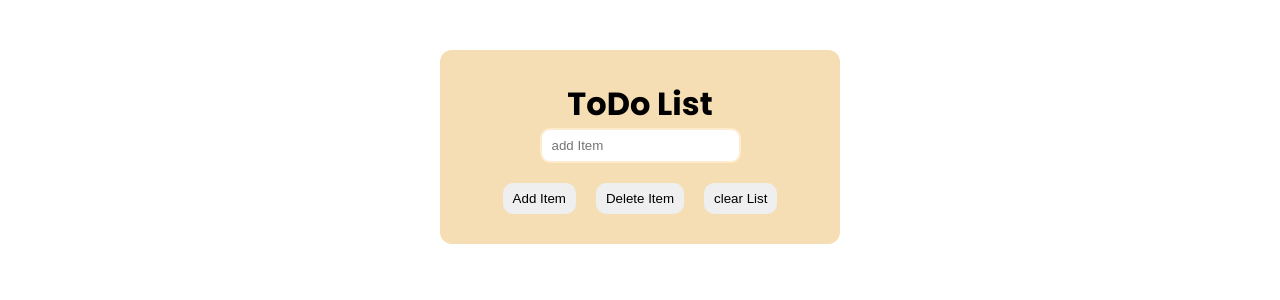
Repository: Mankelvo/Todo-List-App
Page: toDoList.html
These files come from the project's save history. The page is drawn as it stood at one moment and after the next save; the edit follows.
The browser window is 1280 px wide. The pictures show the whole page.

Above is the page before, as saved 2026-02-04 21:18:05.

### toDoList.html
<!DOCTYPE html>
<html lang="en">
<head>
    <meta charset="UTF-8">
    <meta name="viewport" content="width=device-width, initial-scale=1.0">
    <title>My ToDo List</title>
    <link rel="stylesheet" href="styles.css">
</head>
<body>
    <div class="container">
        <h1>ToDo List</h1>
        <ul class="listItems"></ul>
        <input id="inputBox" type="text" placeholder="add Item">
<section id="btn-container">
        <button id="addBtn" class="btn">Add Item</button>
        <button id="deleteBtn" class="btn">Delete Item</button>
        <button id="clearBtn" class="btn">clear List</button>

        </section>

    </div>
<script src="script.js"></script>
</body>
</html>

### styles.css
@import url('https://fonts.googleapis.com/css2?family=DM+Sans:ital,opsz,wght@0,9..40,100..1000;1,9..40,100..1000&family=Inter:ital,opsz,wght@0,14..32,100..900;1,14..32,100..900&family=Poppins:ital,wght@0,100;0,200;0,300;0,400;0,500;0,600;0,700;0,800;0,900;1,100;1,200;1,300;1,400;1,500;1,600;1,700;1,800;1,900&family=Roboto:ital,wght@0,100..900;1,100..900&display=swap');

*{
    margin:0;
    padding:0;
    box-sizing: border-box;
}

body{
    font-family: "Poppins", sans-serif;
    display: flex;
    flex-direction: column;
    align-items: center;
margin: 50px auto;
}
.container{
    display: flex;
    flex-direction: column;
    justify-items: center;
    align-items: center;
    width: 400px;
    max-width:1000px;
    background-color: wheat;
    padding:30px 40px;
margin: 0 auto;
border-radius: 12px;
}

#btn-container{
display: flex;
justify-content: space-between;
gap:20px;
margin:20px 0 auto;
}

.container h1{
    margin:0 auto;
}

.btn{
    padding: 8px 10px;
    text-align: center;
    font-weight: 400;
    border:2px burlywood;
    border-radius: 10px;

}

.listItems{
    display: flex;
    flex-direction: column;
    justify-content: flex-start;
    gap:20px;
}

.container input{
    padding:8px 10px;
    border-radius: 10px;
    border:2px solid blanchedalmond;
    text-align: left;
}

### script.js

//function to add item in the list
const inputBox = document.getElementById("inputBox");
 const addBtn = document.getElementById("addBtn");
 const listItems = document.querySelector(".listItems");

 function AddItem(){
    const inputValue= inputBox.value ;
    /*if(item===""){
        inputBox.classList = "input";
        inputBox.style.borderColor = "red";
    }*/
const li = document.createElement("li");
if(inputValue.trim()==="" || inputValue===null){
alert("Please enter a value");
return;
}
else{
li.textContent=inputValue;
listItems.appendChild(li);}
inputBox.value = "";
}

 addBtn.addEventListener("click", ()=>
AddItem());

 //function to remove item in the list
 const deleteBtn = document.getElementById("deleteBtn");
 function deleteItem(){

 }

 function clearItems(){

 }

After the next save:
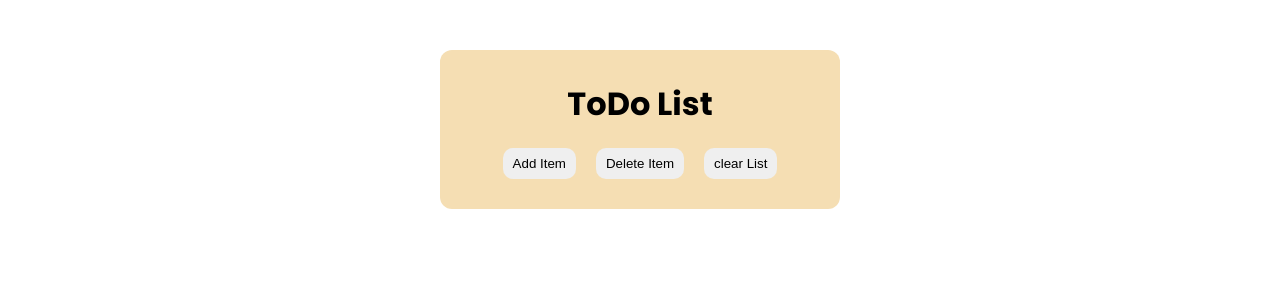
Saved 28 s later.
--- a/toDoList.html
+++ b/toDoList.html
@@ -10,7 +10,6 @@
     <div class="container">
         <h1>ToDo List</h1>
         <ul class="listItems"></ul>
-        <input id="inputBox" type="text" placeholder="add Item">
 <section id="btn-container">
         <button id="addBtn" class="btn">Add Item</button>
         <button id="deleteBtn" class="btn">Delete Item</button>

After the 3 saves that followed:
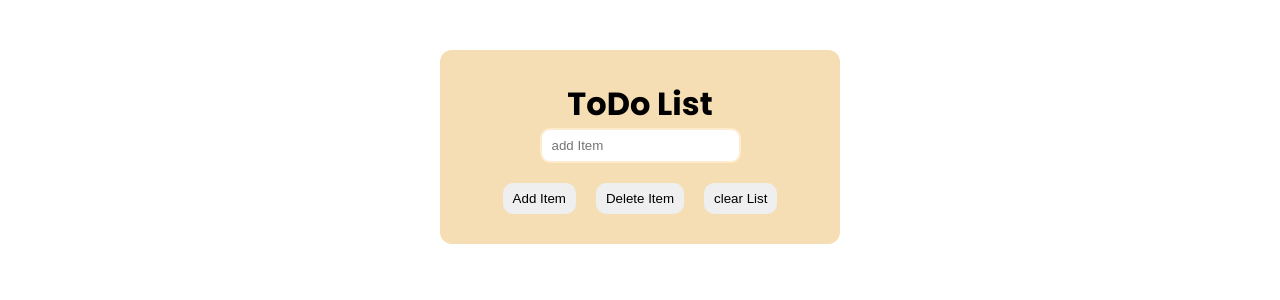
The 3 saves are shown as one change because they came seconds apart.
The last was saved 8 s later.
--- a/toDoList.html
+++ b/toDoList.html
@@ -9,6 +9,7 @@
 <body>
     <div class="container">
         <h1>ToDo List</h1>
+        <input id="inputBox" type="text" placeholder="add Item">
         <ul class="listItems"></ul>
 <section id="btn-container">
         <button id="addBtn" class="btn">Add Item</button>
